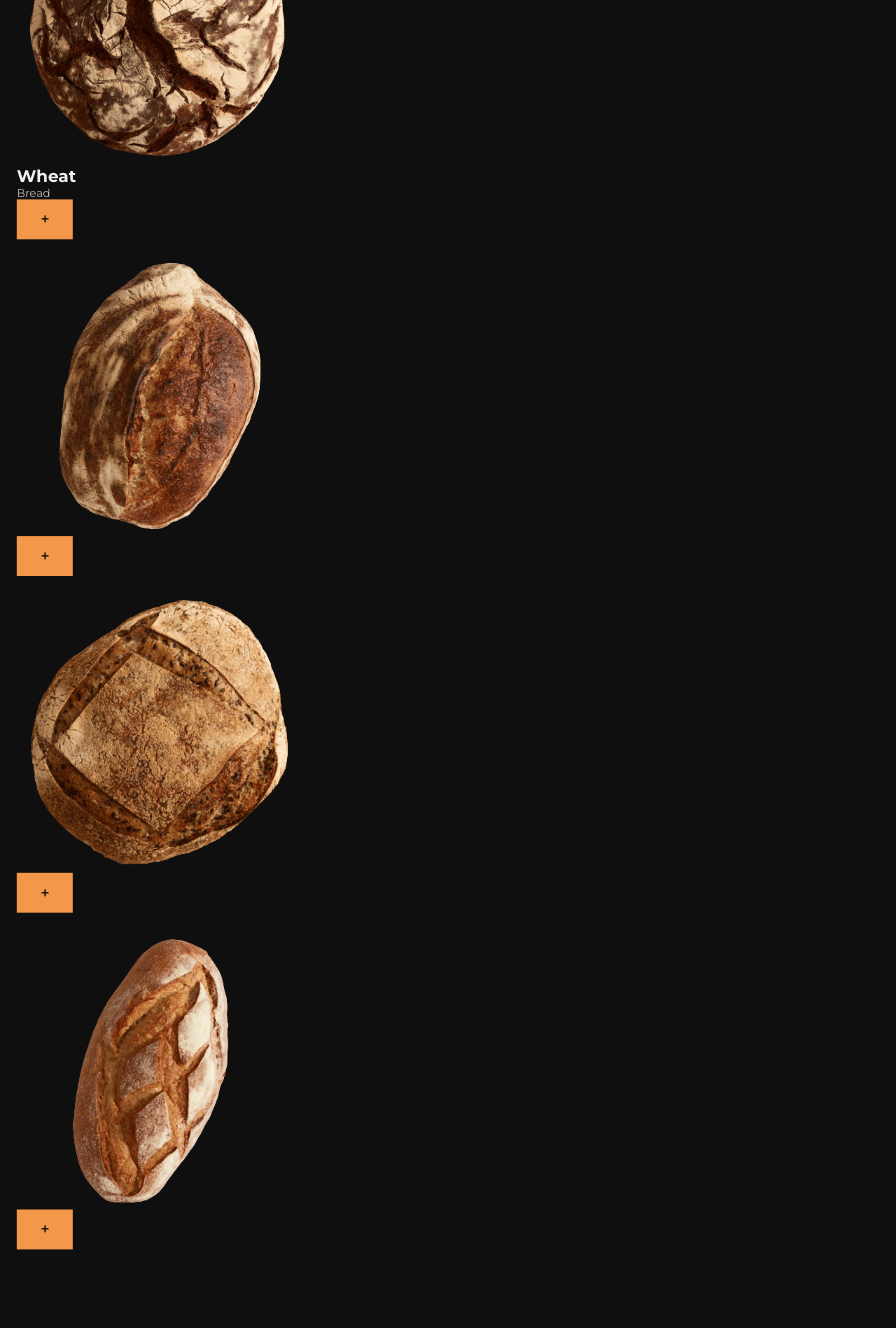
Repository: dinhhaidh/Bakery-web
Page: index.html
The author's editor kept a copy of each file at every save. The page is drawn from the files as they stood at one save, then again after the next save.
The browser window is 1280 px wide. The pictures show the part of the page from y = 4047 to 5967 px (the page is 5944 px tall before and 5967 px after), at 70% of full size.
Some web libraries are served in a nearby version.

Above is the page before, as saved 2024-01-16 10:53:34.

### index.html
<!DOCTYPE html>
<html lang="en">
  <head>
    <meta charset="UTF-8" />
    <meta name="viewport" content="width=device-width, initial-scale=1.0" />

    <!--=============== FAVICON ===============-->
    <link rel="shortcut icon" href="assets/img/favicon.png" type="image/x-icon"/>
    <!--=============== REMIXICONS ===============-->
    <link rel="stylesheet"  href="https://cdnjs.cloudflare.com/ajax/libs/remixicon/3.7.0/remixicon.css"/>
    <!--=============== CSS ===============-->
    <link rel="stylesheet" href="./css/style.css"/>

    <title>Responsive bakery website - Bedimcode</title>
  </head>
  <body>
    <!--==================== HEADER ====================-->
    <header class="header" id="header">
        <nav class="nav container">
            <a href="#" class="nav__logo">Bakery</a>
            <div class="nav__menu" id="nav-menu">
                <ul class="nav__list">
                    <li class="nav__item">
                        <a href="#home" class="nav__link">Home</a>
                    </li>
                    <li class="nav__item">
                        <a href="#new" class="nav__link">News</a>
                    </li>
                    <li class="nav__item">
                        <a href="#about" class="nav__link">About Us</a>
                    </li>
                    <li class="nav__item">
                        <a href="#favorite" class="nav__link">Favorites</a>
                    </li>
                    <li class="nav__item">
                        <a href="#visit" class="nav__link">Location</a>
                    </li>
                </ul>
                <div class="nav__close" id="nav-close">
                    <i class="ri-close-line"></i>
                </div>

                <img src="./img/bread-4.png" alt="image" class="nav__img-1">
                <img src="./img/bread-1.png" alt="image" class="nav__img-2">
            </div>

            <!-- toggle button -->
            <div class="nav__toggle" id="nav-toggle">
                <i class="ri-menu-line"></i>
            </div>
        </nav>
    </header>

    <!--==================== MAIN ====================-->
    <main class="main">
      <!--==================== HOME ====================-->
      <section class="home section" id="home">
        <img src="./img/home-bg.jpg" alt="image" class="home__bg">
        <div class="home__shadow"></div>
        <div class="home__container container grid">
            <div class="home__data">
                <h1 class="home__title">
                    Select The Best.<br> Quality Breads
                </h1>
                <a href="#" class="button">Select breads</a>

                <img src="./img/bread-1.png" alt="image" class="home__bread">
            </div>
            <div class="home__image">
                <img src="./img/home-bread.png" alt="image" class="home__img">
            </div>
            <footer class="home__footer">
                <div class="home__location">
                    <i class="ri-map-pin-line"></i>
                    <span>Av. The Sun #321 <br> Lima Peru</span>
                </div>
                <div class="home__social">
                    <a href="https://www.facebook.com/" target="_blank">

                        <i class="ri-facebook-circle-line"></i>
                    </a>
                    <a href="https://www.instagram.com/
                    " target="_blank">
                        <i class="ri-instagram-line"></i>
                    </a>
                    <a href="https://www.youtube.com/" target="_blank">
                        <i class="ri-youtube-line"></i>
                    </a>
                </div>
            </footer>
        </div>
      </section>

      <!--==================== NEWS ====================-->
      <section class="new section" id="new">
        <h2 class="section__title">New breads</h2>

        <div class="new__container container grid">
            <div class="new__content grid">
                <article class="new__card">
                    <div class="new__data">
                        <h2 class="new__title">Rye Bread</h2>
                        <p class="new__description">
                            Baked width healthy, gluten-free
                            sourdough for good nutrition.
                        </p>
                    </div>
                    <img src="./img/new-bread-1.png" alt="image" class="new__img">
                </article>
                <article class="new__card">
                    <div class="new__data">
                        <h2 class="new__title">Whole grain bread</h2>
                        <p class="new__description">
                            Crispy and homemade prepared
                            form organic yeast-free flour
                        </p>
                    </div>
                    <img src="./img/new-bread-2.png"  alt="image" class="new__img">
                </article>
                <article class="new__card">
                    <div class="new__data">
                        <h2 class="new__title">Multigrain Bread</h2>
                        <p class="new__description">
                            Tasty and made with different
                            natural grains form the countryside
                        </p>
                    </div>
                    <img src="./img/new-bread-3.png"  alt="image" class="new__img">
                </article>
            </div>
            <a href="#" class="new__button button">See More Breads</a>
        </div>
      </section>

      <!--==================== ABOUT ====================-->
      <section class="about section" id="about">
        <div class="about__container container grid">
            <div class="about__data">
                <div class="section__title">About Us</div>

                <p class="about__description">
                    Lorem ipsum, dolor sit amet consectetur adipisicing elit. Fugit quae quisquam quia animi commodi! Nesciunt aperiam deserunt ex sint, ratione alias quos beatae atque numquam natus libero eveniet explicabo molestias!
                </p>
                <a href="#" class="button">Know More</a>
                <img src="./img/bread-2.png" alt="image" class="about__bread">
            </div>
            <img src="./img/about-bread.png" alt="" class="about__img">
        </div>
      </section>

      <!--==================== FAVORITES ====================-->
      <section class="favorite section" id="favorite">
        <h2 class="section__title">Customer favorites</h2>
        <div class="favorite__container container grid">
            <article class="article__card">
                <img src="./img/favorite-bread-1.png" alt="image" class="favorite__img">
                <div class="favorite__data">
                    <h2 class="favorite__title">Whole Grain</h2>
                    <span class="favorite__subtitle">Bread</span>
                    <h3 class="favorite__price">$6.00</h3>
                </div>
                <button class="favorite__button button">
                    <i class="ri-add-line"></i>
                </button>
            </article>
            <article class="article__card">
                <img src="./img/favorite-bread-1.png" alt="image" class="favorite__img">
                <div class="favorite__data">
                    <h2 class="favorite__title">Rye</h2>
                    <span class="favorite__subtitle">Bread</span>
                    <h3 class="favorite__price">$8.00</h3>
                </div>
                <button class="favorite__button button">
                    <i class="ri-add-line"></i>
                </button>
            </article>
            <article class="article__card">
                <img src="./img/favorite-bread-2.png" alt="image" class="favorite__img">
                <div class="favorite__data">
                    <h2 class="favorite__title">Wheat</h2>
                    <span class="favorite__subtitle">Bread</span>
                    <h3 class="favorite__price"></h3>
                </div>
                <button class="favorite__button button">
                    <i class="ri-add-line"></i>
                </button>
            </article>
            <article class="article__card">
                <img src="./img/favorite-bread-3.png" alt="image" class="favorite__img">
                <div class="favorite__data">
                    <h2 class="favorite__title"></h2>
                    <span class="favorite__subtitle"></span>
                    <h3 class="favorite__price"></h3>
                </div>
                <button class="favorite__button button">
                    <i class="ri-add-line"></i>
                </button>
            </article>
            <article class="article__card">
                <img src="./img/favorite-bread-4.png" alt="image" class="favorite__img">
                <div class="favorite__data">
                    <h2 class="favorite__title"></h2>
                    <span class="favorite__subtitle"></span>
                    <h3 class="favorite__price"></h3>
                </div>
                <button class="favorite__button button">
                    <i class="ri-add-line"></i>
                </button>
            </article>
            <article class="article__card">
                <img src="./img/favorite-bread-5.png" alt="image" class="favorite__img">
                <div class="favorite__data">
                    <h2 class="favorite__title"></h2>
                    <span class="favorite__subtitle"></span>
                    <h3 class="favorite__price"></h3>
                </div>
                <button class="favorite__button button">
                    <i class="ri-add-line"></i>
                </button>
            </article>
        </div>
      </section>

      <!--==================== VISIT ====================-->
      <section class="visit section" id="visit"></section>
    </main>

    <!--==================== FOOTER ====================-->
    <footer class="footer"></footer>

    <!--========== SCROLL UP ==========-->

    <!--=============== SCROLLREVEAL ===============-->
    <script src="./js/scrollreveal.min.js"></script>
    <script src="https://code.jquery.com/jquery-3.7.1.min.js"></script>

    <!--=============== MAIN JS ===============-->
    <script src="./js/main.js"></script>
  </body>
</html>

### css/style.css
/*=============== GOOGLE FONTS ===============*/
@import url("https://fonts.googleapis.com/css2?family=Dancing+Script:wght@700&family=Montserrat:wght@400;600;700&display=swap");

/*=============== VARIABLES CSS ===============*/
:root {
    --header-height: 3.5rem;

    /*========== Colors ==========*/
    /*Color mode HSL(hue, saturation, lightness)*/
    --first-color: hsl(28, 88%, 62%);
    --first-color-alt: hsl(28, 84%, 58%);
    --title-color: hsl(0, 0%, 95%);
    --text-color: hsl(0, 0%, 75%);
    --text-color-light: hsl(0, 0%, 65%);
    --black-color: hsl(0, 0%, 6%);
    --body-color: hsl(0, 0%, 6%);
    --container-color: hsl(0, 0%, 10%);

    /*========== Font and typography ==========*/
    /*.5rem = 8px | 1rem = 16px ...*/
    --body-font: "Montserrat", sans-serif;
    --second-font: "Dancing Script", cursive;
    --biggest-font-size: 3rem;
    --bigger-font-size: 2rem;
    --h1-font-size: 1.5rem;
    --h2-font-size: 1.25rem;
    --h3-font-size: 1rem;
    --normal-font-size: .938rem;
    --small-font-size: .813rem;

    /*========== Font weight ==========*/
    --font-regular: 400;
    --font-semi-bold: 600;
    --font-bold: 700;

    /*========== z index ==========*/
    --z-tooltip: 10;
    --z-fixed: 100;
}

/*========== Responsive typography ==========*/
@media screen and (min-width: 1150px) {
    :root {
        --biggest-font-size: 5rem;
        --bigger-font-size: 3rem;
        --h1-font-size: 2.25rem;
        --h2-font-size: 1.5rem;
        --h3-font-size: 1.25rem;
        --normal-font-size: 1rem;
        --small-font-size: .875rem;
    }
}

/*=============== BASE ===============*/
* {
    box-sizing: border-box;
    padding: 0;
    margin: 0;
}

html {
    scroll-behavior: smooth;
}

body,
button {
    font-family: var(--body-font);
    font-size: var(--normal-font-size);
}

body {
    background-color: var(--body-color);
    color: var(--text-color);
}

button {
    border: none;
    outline: none;
}

h1,
h2,
h3,
h4 {
    color: var(--title-color);
    font-weight: var(--font-bold);
}

ul {
    list-style: none;
}

a {
    text-decoration: none;
}

img {
    display: block;
    max-width: 100%;
    height: auto;
}

/*=============== REUSABLE CSS CLASSES ===============*/
.container {
    max-width: 1120px;
    margin-inline: 1.5rem;
}

.grid {
    display: grid;
    gap: 1.5rem;
}

.section {
    padding-block: 5rem 1rem;
}

.section__title {
    font-size: var(--bigger-font-size);
    font-family: var(--second-font);
    margin-bottom: 1.5rem;
    text-align: center;
}

.main {
    overflow: hidden;
    /* For animation ScrollReveal */
}

/*=============== HEADER & NAV ===============*/
.header{
    position: fixed;
    width: 100%;
    top: 0;
    left: 0;
    background-color: transparent;
    z-index: var(--z-fixed);
}
.nav{
    position: relative;
    height: var(--header-height);
    display: flex;
    justify-content: space-between;
    align-items: center;
}
.nav__logo{
    color: var(--first-color);
    font-size: var(--h2-font-size);
    font-family: var(--second-font);
    transition: color .4s;
}
.nav__logo:hover{
    color: var(--first-color-alt);
}
.nav__close,
.nav__toggle{
    font-size: 1.5rem;
    color: var(--title-color);
    cursor: pointer;
}

/* Navigation for mobile devices */
/* responsive */
@media screen and (max-width: 1150px) {
    .nav__menu{
        position: fixed;
        top: 0;
        right: -100%;
        background-color: hsla(0,0%,6%, .2);
        backdrop-filter: blur(16px);
        -webkit-backdrop-filter: blur(16px);
        width: 80%;
        height: 100%;
        padding: 6rem 3rem 0;
        transition: right .4s;
    }
    .nav__list{
        display: flex;
        flex-direction: column;
        row-gap: 2.5rem;
    }
    .nav__link{
        color: var(--title-color);
        font-weight: var(--font-semi-bold);
        transition: color .4s;
    }
    .nav__link:hover{
        color: var(--first-color);
    }
    .nav__close,
    .nav__img-1,
    .nav__img-2{
        position: absolute;
    }
    .nav__close{
        top: 1rem;
        right: 1.5rem;
    }
    .nav__img-1{
        width: 80px;
        top: 11rem;
        right: 0.75rem;
    }
    .nav__img-2{
        width: 60px;
        top: 28rem;
        left: 6rem;
    }
}

/* Show menu */
.show-menu{
    right: 0;
}

/* Add blur header */
/* Thêm tiêu đề mờ, khi kéo xuống hiển thị thanh nngang fixed */
.blur-header::after{
    content: '';
    position: absolute;
    width: 100%;
    height: 100%;
    background-color: hsla(0, 0%, 6%, .2);
    backdrop-filter: blur(16px);
    -webkit-backdrop-filter: blur(16px);
    top: 0;
    left: 0;
    z-index: -1;
}

/* Active link */


/*=============== HOME ===============*/
.home{
    position: relative;
    padding-top: 6.5rem;
}
.home__container{
    row-gap: 2rem;
}
.home__bg,
.home__shadow{
    position: absolute;
    top: 0;
    left: 0;
    width: 100%;
    height: 100%;
    z-index: -1;
}
.home__bg{
    object-fit: cover;
    object-position: center;
}
.home__shadow{
    background: linear-gradient(180deg, hsla(0, 0%, 0%, 0) 0%, hsl(0, 0%, 6%) 100%);

}
.home__data{
    position: relative;
    text-align: center;
}
.home__title{
    font-size: var(--biggest-font-size);
    font-family: var(--second-font);
    margin-bottom: 1.5rem;
}
.home__bread{
    width: 50px;
    position: absolute;
    top: 15rem;
    left: 4rem;
}
.home__image{
    max-width: 400px;
    justify-self: center;
}
.home__img{
    rotate: 15deg;
}
.home__footer,
.home__location,
.home__social{
    display: flex;
}
.home__footer{
    justify-content: space-between;
    align-items: center;
}
.home__location{
    align-items: center;
    column-gap: .5rem;
}
.home__location i{
    font-size: 1.5rem;
    color: var(--first-color);
}
.home__location span{
    color: var(--title-color);
    font-size: var(--small-font-size);
}
.home__social{
    column-gap: 1rem;
}
.home__social a{
    color: var(--title-color);
    font-size: 1.5rem;
    transition: color 4s;
}
.home__social a:hover{
    color: var(--first-color);
}

/*=============== BUTTON ===============*/
.button{
    display: inline-flex;
    background-color: var(--first-color);
    color: var(--black-color);
    font-weight: var(--font-semi-bold);
    padding: 1.25rem 2rem;
    transition: background-color .4s;
}
.button:hover{
    background-color: var(--first-color-alt);
}

/*=============== NEW ===============*/
.new{

}
.new__container{
    padding-top: 1.5rem;
    row-gap: 3.5rem;
}
.new__content{
    row-gap: 2rem
}
.new__card{
    display: flex;
    column-gap: 1rem;
    align-items: center;
}
.new__card:nth-child(2) img{
    order: -1;
}
.new__img{
    width: 150px;
}
.new__data{

}
.new__title{
    font-size: var(--h2-font-size);
    font-family: var(--second-font);
    color: var(--first-color);
    margin-bottom: .5rem;
}
.new__description{
    font-size: var(--small-font-size);
}
.new__button{
    justify-self: center;
}

/*=============== ABOUT ===============*/
.about__container{
    row-gap: 4rem;
}
.about__data{
    position: relative;
    text-align: center;
}
.about__description{
    margin-bottom: 3rem;
}
.about__bread{
    width: 60px;
    position: absolute;
    bottom: 1rem;
    right: 0;
}
.about__img{
    width: 320px;
    justify-self: center;
}

/*=============== FAVORITES ===============*/


/*=============== VISIT ===============*/


/*=============== FOOTER ===============*/


/*=============== SCROLL BAR ===============*/


/*=============== SCROLL UP ===============*/


/* Show Scroll Up */


/*=============== BREAKPOINTS ===============*/
/* For small devices */


/* For medium devices */


/* For large devices */

Loaded but not shown: js/scrollreveal.min.js (library); js/main.js (no copy from this time; the picture is the same without it)

After the next save:
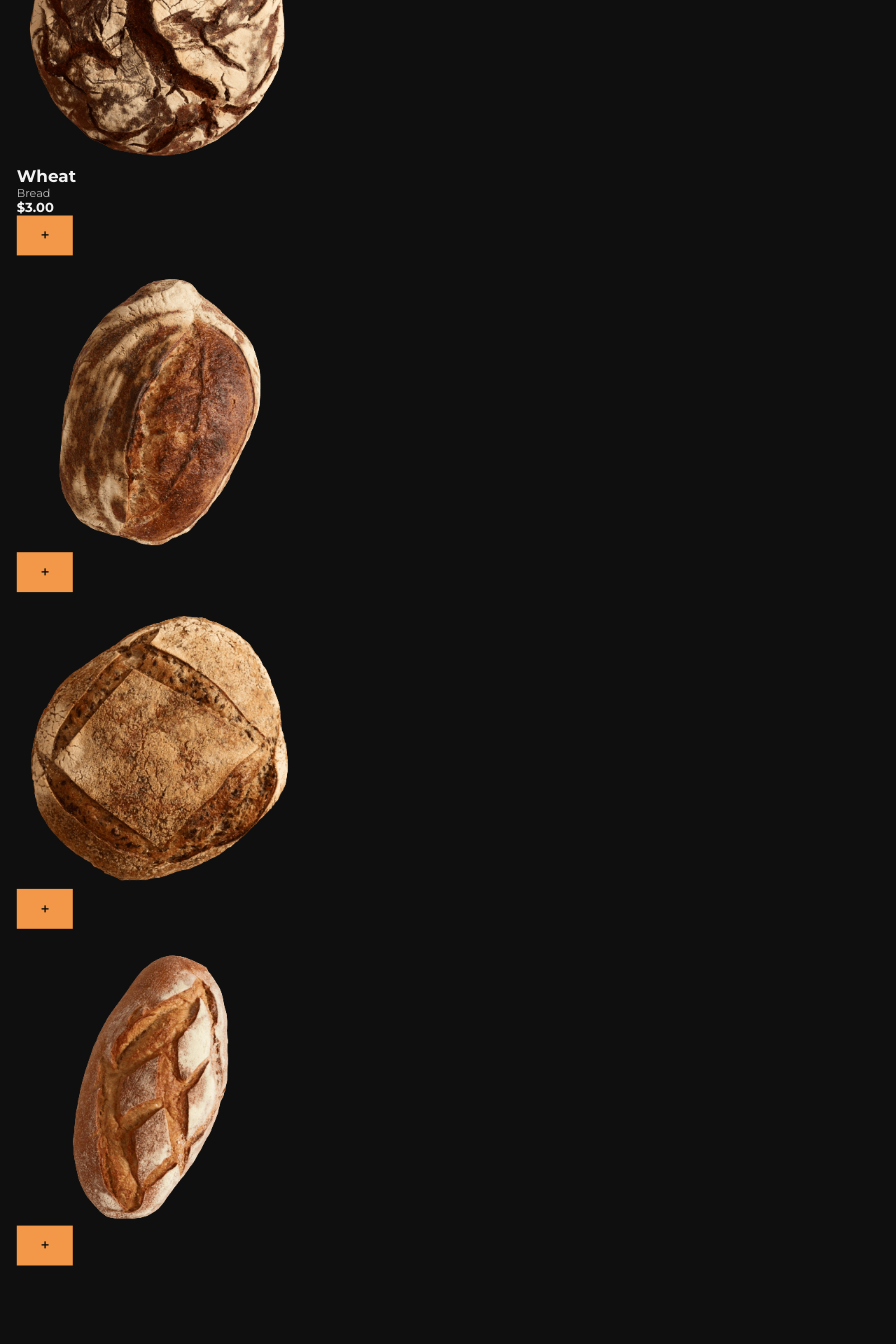
Saved 5 s later.
--- a/index.html
+++ b/index.html
@@ -179,7 +179,7 @@
                 <div class="favorite__data">
                     <h2 class="favorite__title">Wheat</h2>
                     <span class="favorite__subtitle">Bread</span>
-                    <h3 class="favorite__price"></h3>
+                    <h3 class="favorite__price">$3.00</h3>
                 </div>
                 <button class="favorite__button button">
                     <i class="ri-add-line"></i>
